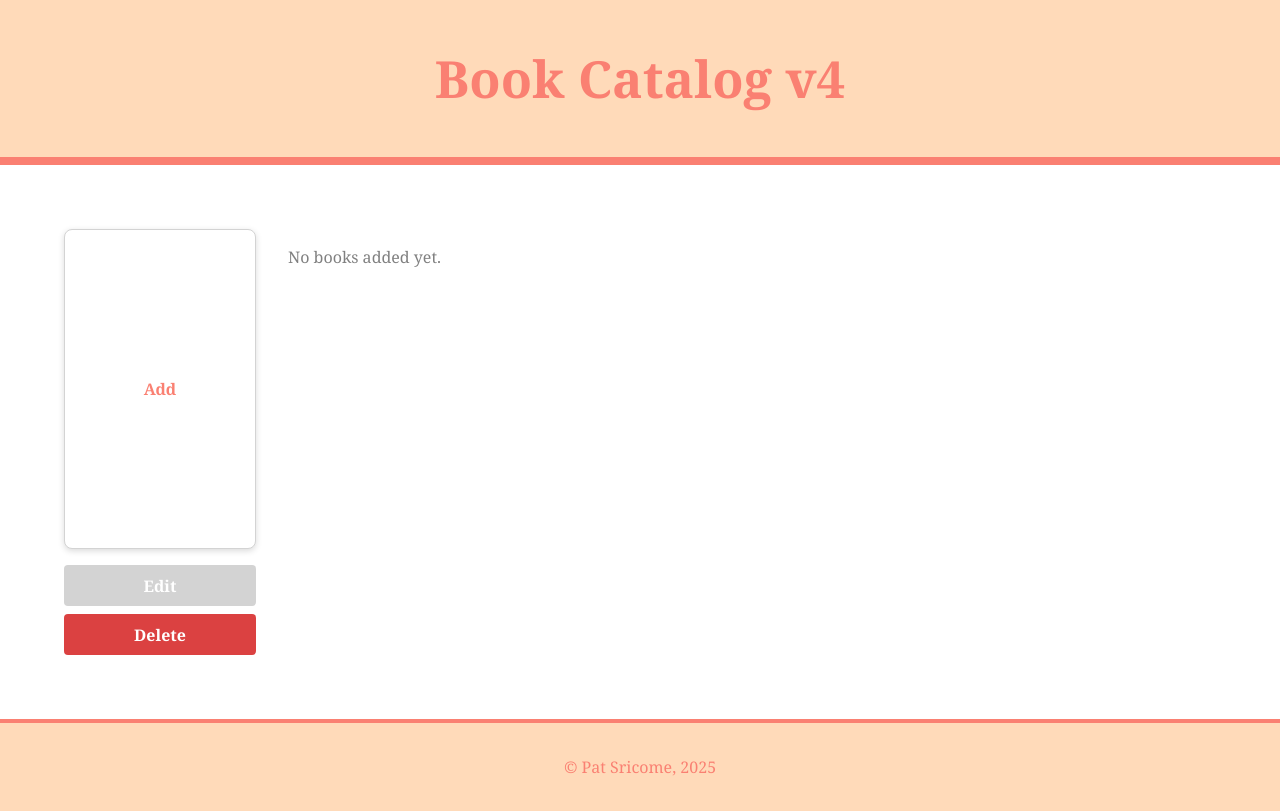
Repository: patcha-d3/book-catalog-v5
Page: /
An editor plug-in stored every save of this project. The page is shown before and after the next save, followed by the edit.
The browser window is 1280 px wide. The pictures show the whole page.
The project was rebuilt for these pictures with package versions that can differ from the ones it lists, and the page was loaded fresh each time. Also part of the build but not shown: vite.config.js, src/book.jsx.

Above is the page before, as saved 2025-10-14 20:39:59.

After the next save:
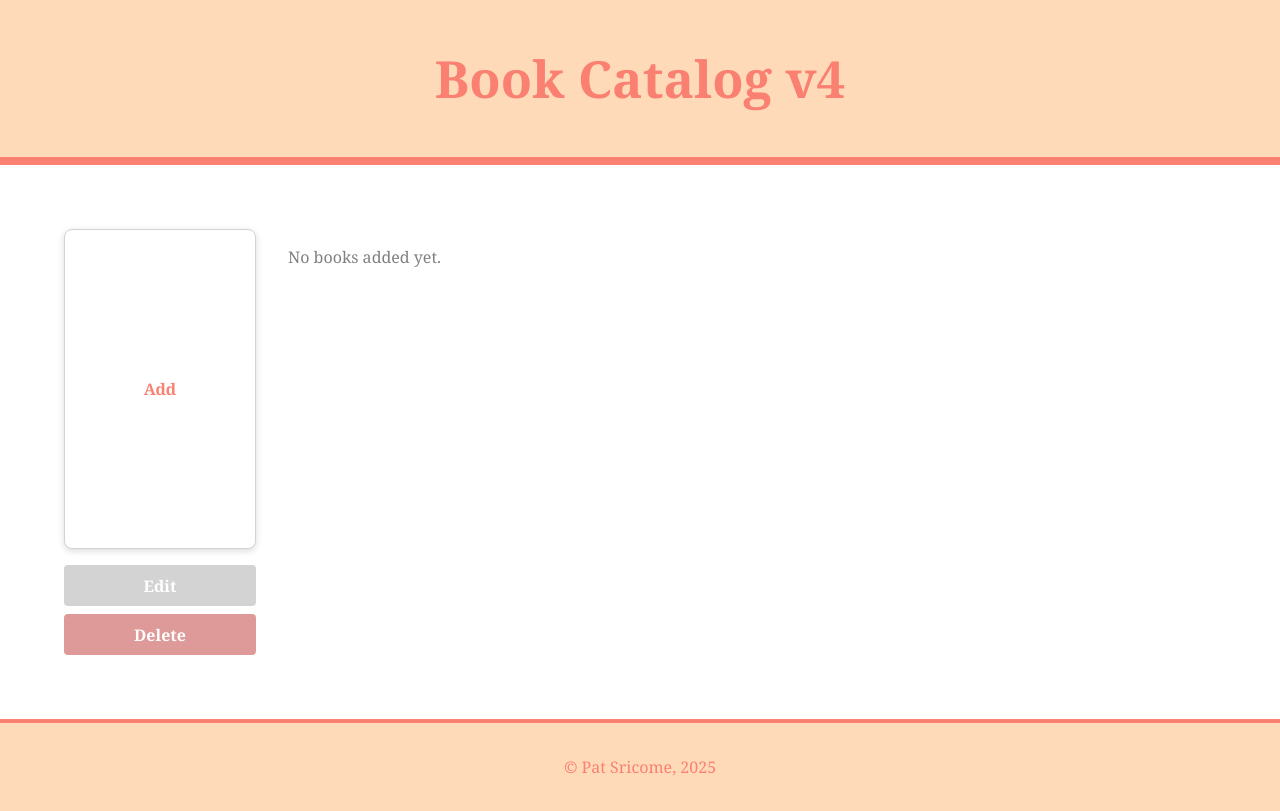
Saved 21 s later.
--- a/src/App.css
+++ b/src/App.css
@@ -291,5 +291,6 @@ dialog form {
 }
 
 .button-delete {
-  background-color: #db4141;
-}
+  background-color: #de9999;
+  stop-color: #db4141;
+}
